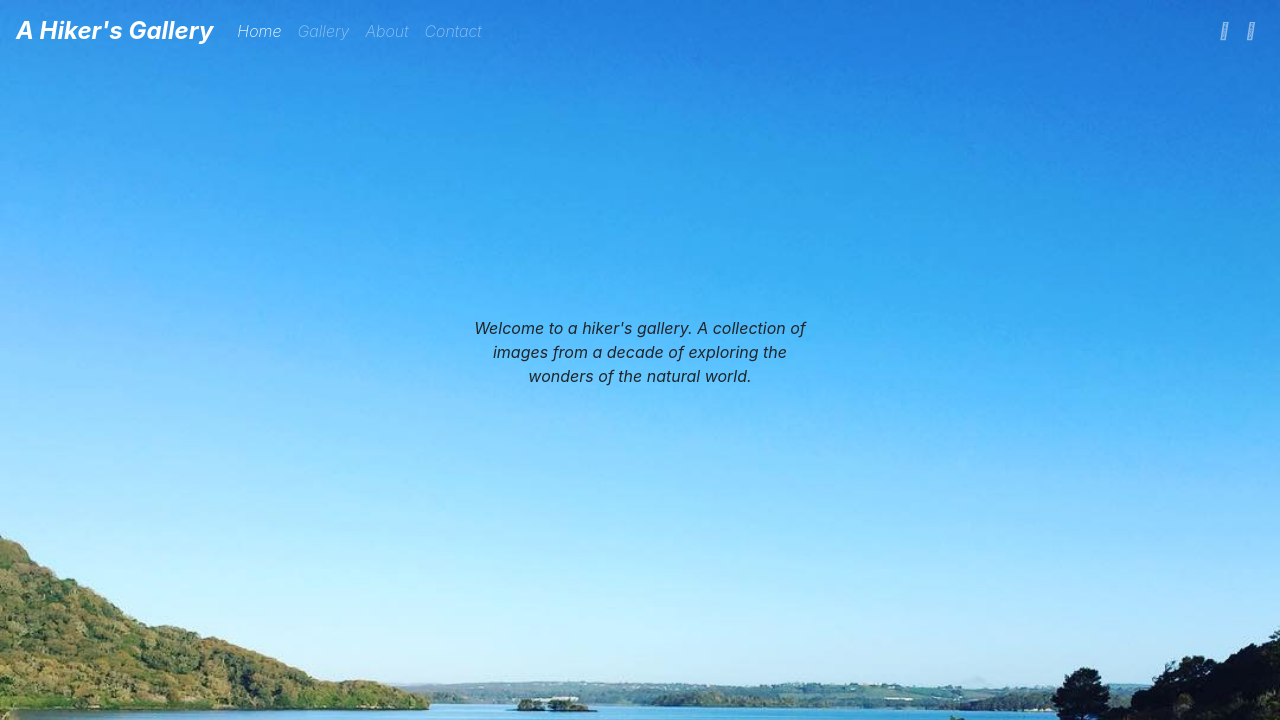
Repository: S-Perring/hiker
Page: index.html
The author's editor kept a record of every edit. The page is drawn from the files as they stood at one moment, then again after the next edit.
The browser window is 1280 px wide. The pictures show the whole page.

Above is the page before.

After the next edit:
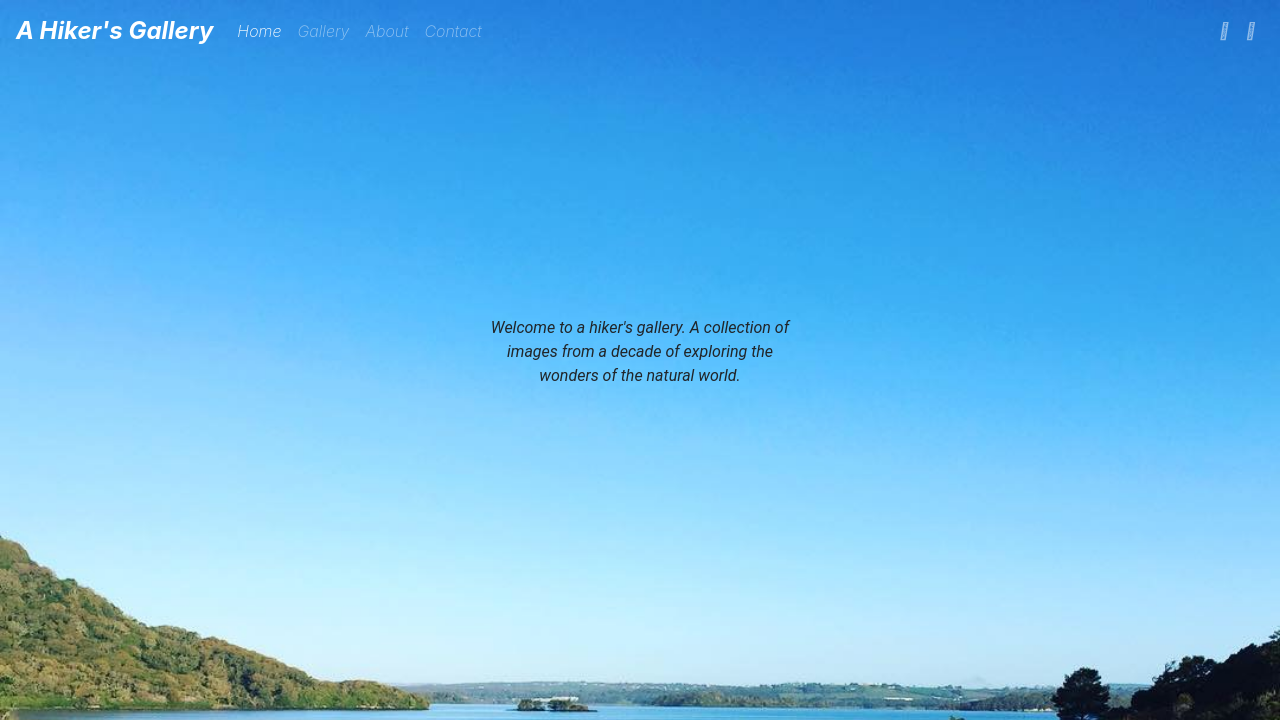
The edit:
--- a/css/style.css
+++ b/css/style.css
@@ -36,6 +36,7 @@
 }
 
 p {
+    font-family: 'Roboto', sans-serif;
     text-align: center;
     font-style: italic;
 
